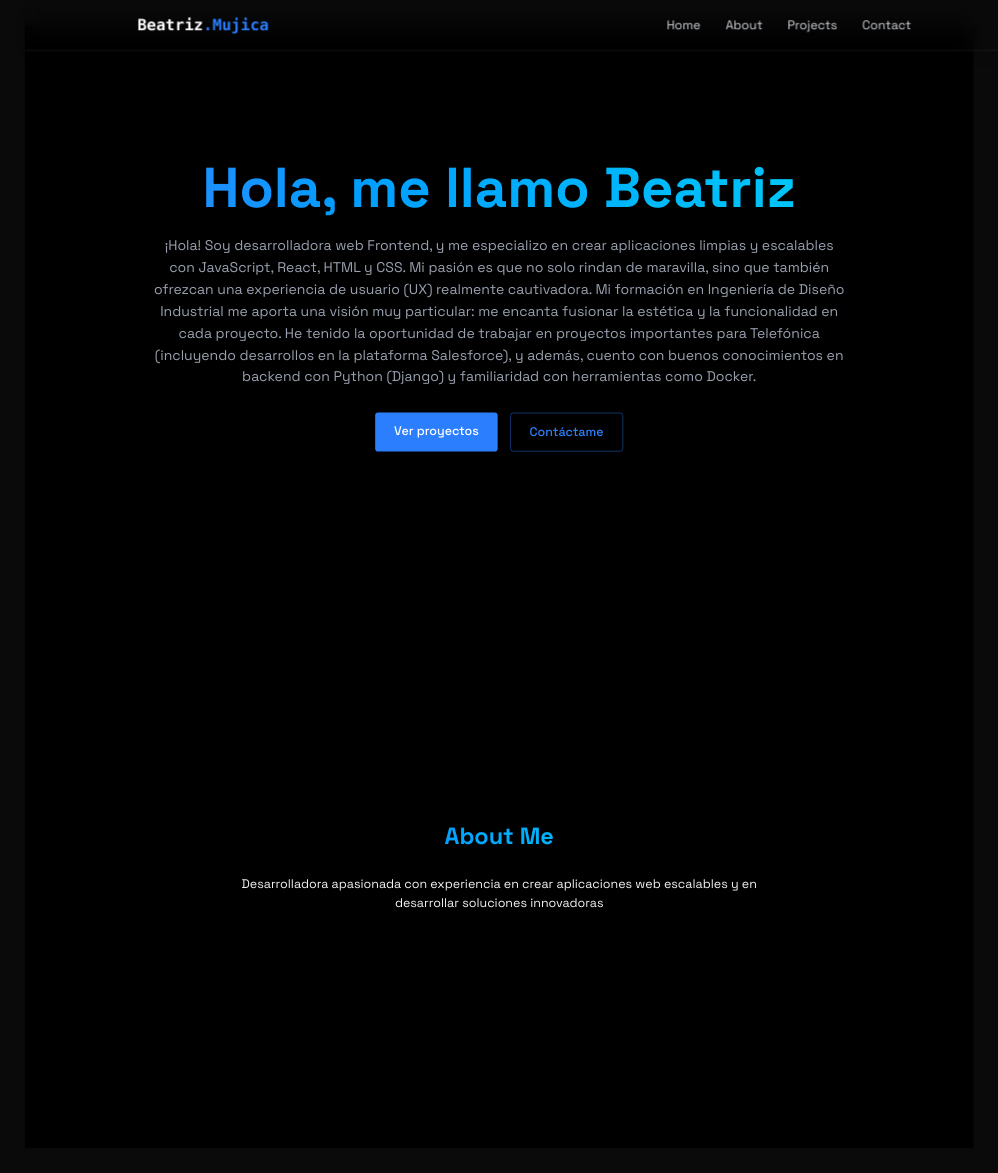
Repository: Bea0224/beatriz-portfolio
Page: /
These files come from the project's save history. The page is drawn as it stood at one moment and after the next save; the edit follows.
The browser window is 1280 px wide. The pictures show the whole page, at 78% of full size.
The project was rebuilt for these pictures with package versions that can differ from the ones it lists, and the page was loaded fresh each time. Also part of the build but not shown: vite.config.js.

Above is the page before, as saved 2025-12-06 20:54:31.

After the next save:
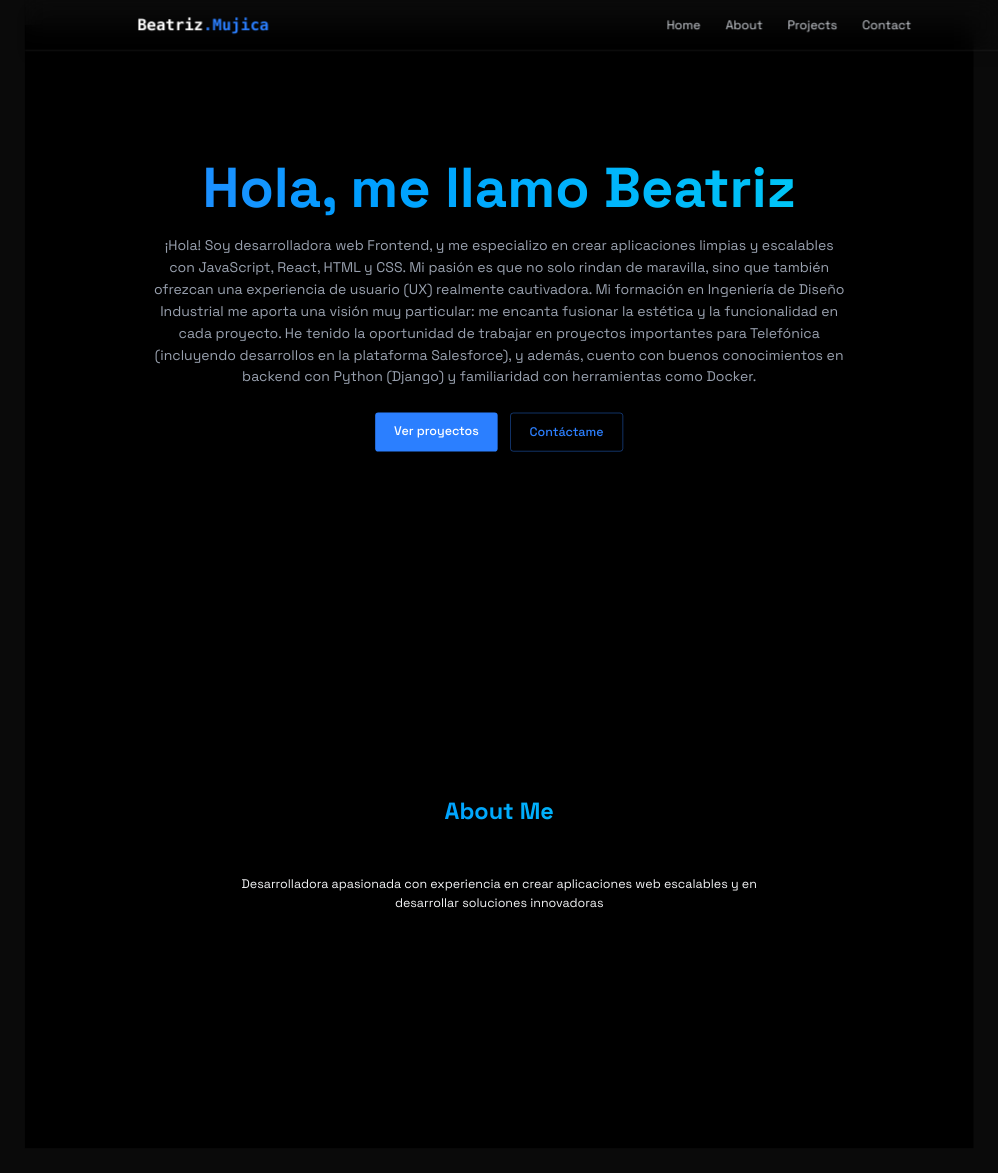
Saved 9 s later.
--- a/src/components/sections/About.jsx
+++ b/src/components/sections/About.jsx
@@ -9,7 +9,7 @@ export const About = () => {
                     {" "}
                     About Me
                 </h2>
-                <div className="glass rounded-xl ">
+                <div className="glass rounded-xl p-8">
                     <p>
                         Desarrolladora apasionada con experiencia en crear aplicaciones web escalables y en desarrollar soluciones innovadoras
                     </p>
